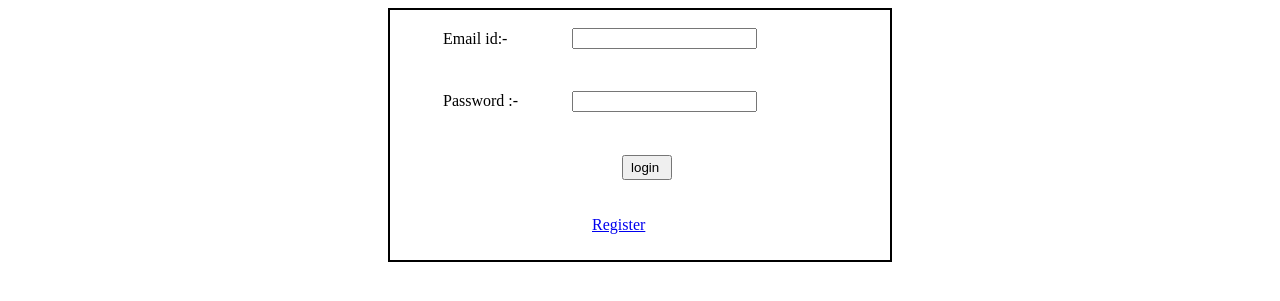
Repository: ShivrajMPujari/ServletApplication
Page: http://localhost/LoginRegistration/
An editor plug-in stored every save of this project. The page is shown before and after the next save, followed by the edit.
The browser window is 1280 px wide. The pictures show the whole page.
The page is served by Tomcat 9.

Above is the page before, as saved 2018-07-11 05:53:40.
Console error: TypeError: document.getElementByName is not a function

After the next save:
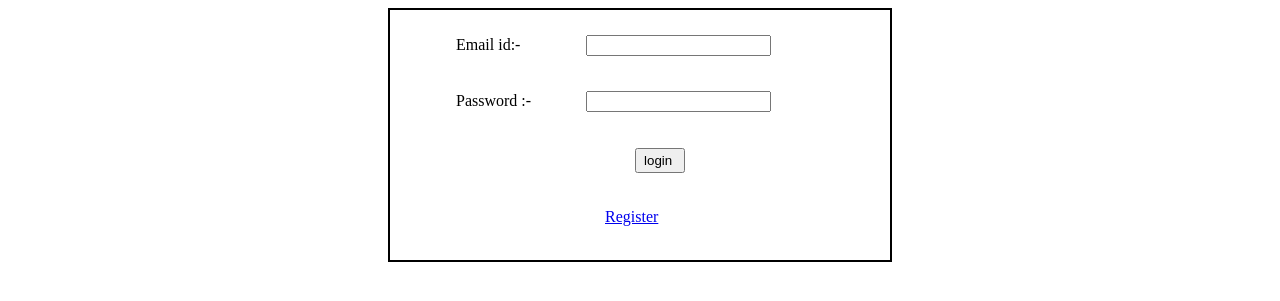
The error is gone.
Saved 94 s later.
--- a/LoginRegistration/src/main/webapp/index.jsp
+++ b/LoginRegistration/src/main/webapp/index.jsp
@@ -6,9 +6,6 @@
 <link rel="stylesheet" href="index.css"/>
 
 <script type="text/javascript">
-
-var email = document.getElementByName("emailId");
-var password = document.getElementByName("password");
 
 function validation(){
 
@@ -28,15 +25,15 @@ function validation(){
 
 <div class="tableDiv">
 <form action="login" method="get">
-<table class="loginTabel" >
+<table class="loginTabel" cellspacing="15">
 <tr>
 	<td> Email id:- </td> <td> <input type="email" name="emailId" required/></td>
 </tr>
-<tr><td colspan="2"><span id="emailMsg"></span></td></tr>
+
 <tr>
 	<td>Password :- </td> <td> <input type="password" name="password" required/> </td>
 </tr>
-<tr><td colspan="2"><span id="passwordMsg"></span></td></tr>
+
 <tr>
 <td colspan="2"  class="submitButton"  > <input class="btn"type="submit" value="login " /></td>
 </tr>
